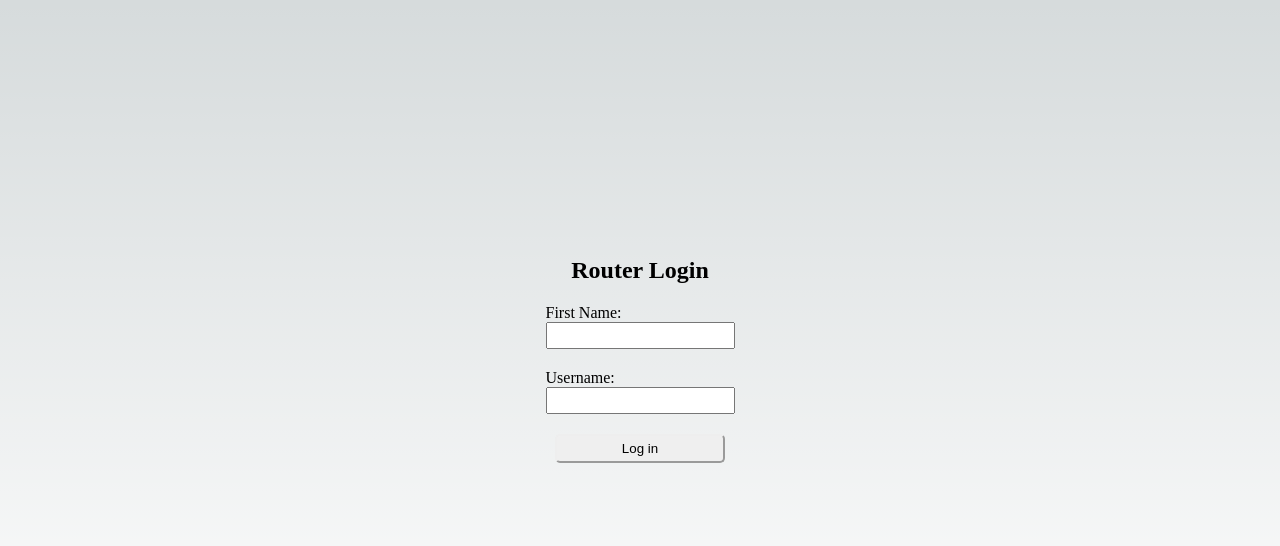
Repository: Mariessa-Pinto/week2-next.js-next-router-login
Page: /
These files come from the project's save history. The page is drawn as it stood at one moment and after the next save; the edit follows.
The browser window is 1280 px wide. The pictures show the whole page.
The project was rebuilt for these pictures with package versions that can differ from the ones it lists, and the page was loaded fresh each time. The framework's server and built-in components were replaced by stand-ins that run in the browser. Also part of the build but not shown: next.config.js.

Above is the page before, as saved 2023-01-11 07:46:41.

After the next save:
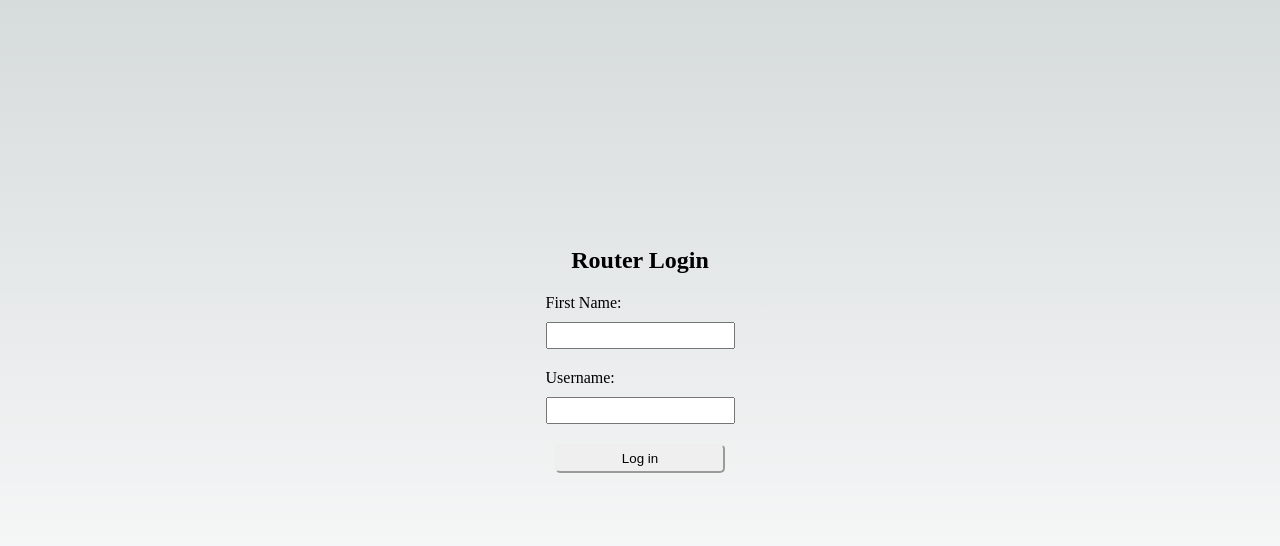
Saved 76 s later.
--- a/styles/Home.module.css
+++ b/styles/Home.module.css
@@ -17,6 +17,7 @@
 .inputField {
   display: flex;
   flex-direction: column;
+  gap: 10px;
 }
 
 .input {
